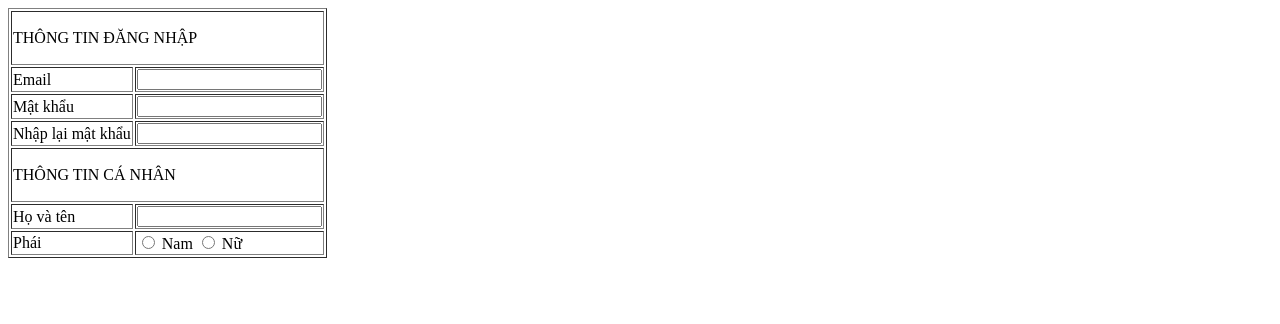
Repository: Vanh260703/Java-Servlet
Page: Bai1_HelloWorld/src/main/webapp/vidu.html
The author's editor kept a copy of each file at every save. The page is drawn from the files as they stood at one save, then again after the next save.
The browser window is 1280 px wide. The pictures show the whole page.

Above is the page before, as saved 2025-02-28 16:03:49.

After the next save:
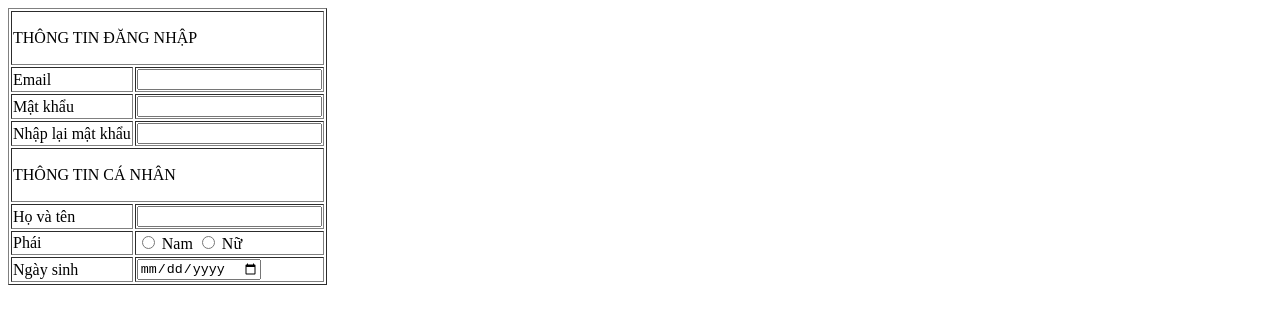
Saved 49 s later.
--- a/Bai1_HelloWorld/src/main/webapp/vidu.html
+++ b/Bai1_HelloWorld/src/main/webapp/vidu.html
@@ -56,6 +56,14 @@
 					<label for = "male">Nữ</label>
 				</td>
 			</tr>
+			<tr>
+				<td>
+					<label>Ngày sinh</label>
+				</td>
+				<td>
+					<input type = "date">
+				</td>
+			</tr>
 
 		</tbody>
 	</table>
